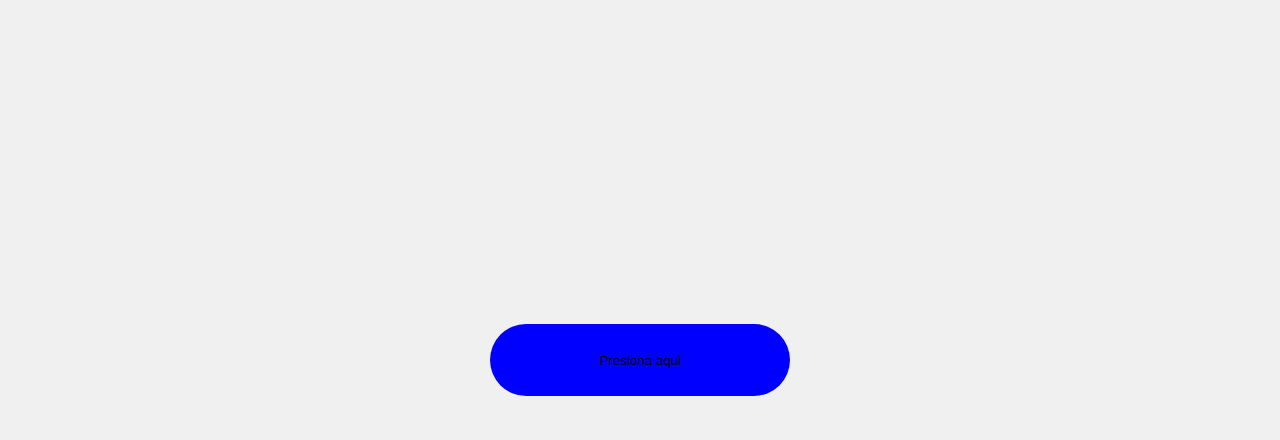
Repository: ye909/secreto
Page: inicio.html
The author's editor kept a copy of each file at every save. The page is drawn from the files as they stood at one save, then again after the next save.
The browser window is 1280 px wide. The pictures show the whole page.
The pointer rests on the first visible `#btn`.

Above is the page before, as saved 2025-02-20 21:32:25.

After the next save:
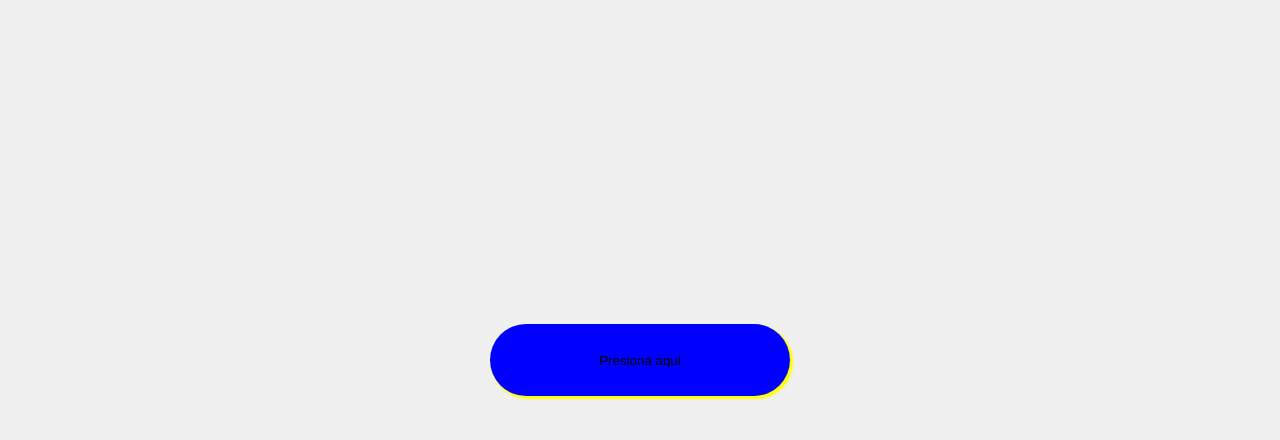
Saved 28 s later.
--- a/inicio.css
+++ b/inicio.css
@@ -36,4 +36,5 @@ body, html {
 }
 #btn:hover{
     background: blue;
+    box-shadow: yellow 2px 2px 2px 1px ;
 }
